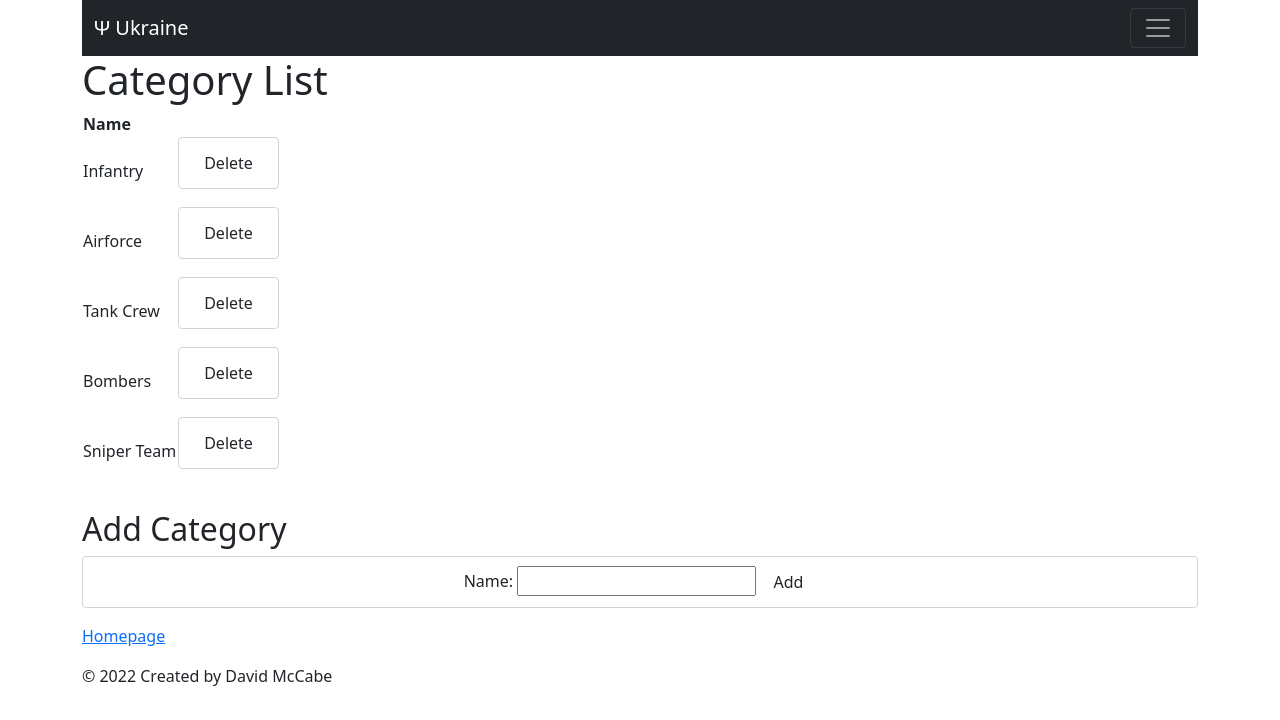
Repository: davidDKIT/ca2-davidmccabe-php
Page: http://localhost/category_list.php
These files come from the project's save history. The page is drawn as it stood at one moment and after the next save; the edit follows.
The browser window is 1280 px wide. The pictures show the whole page.
The page is run by PHP 8.4 with error messages shown; the project is at /var/www/html/. The database holds what the project's SQL file puts in it.

Above is the page before, as saved 2022-03-15 19:07:17.

After the next save:
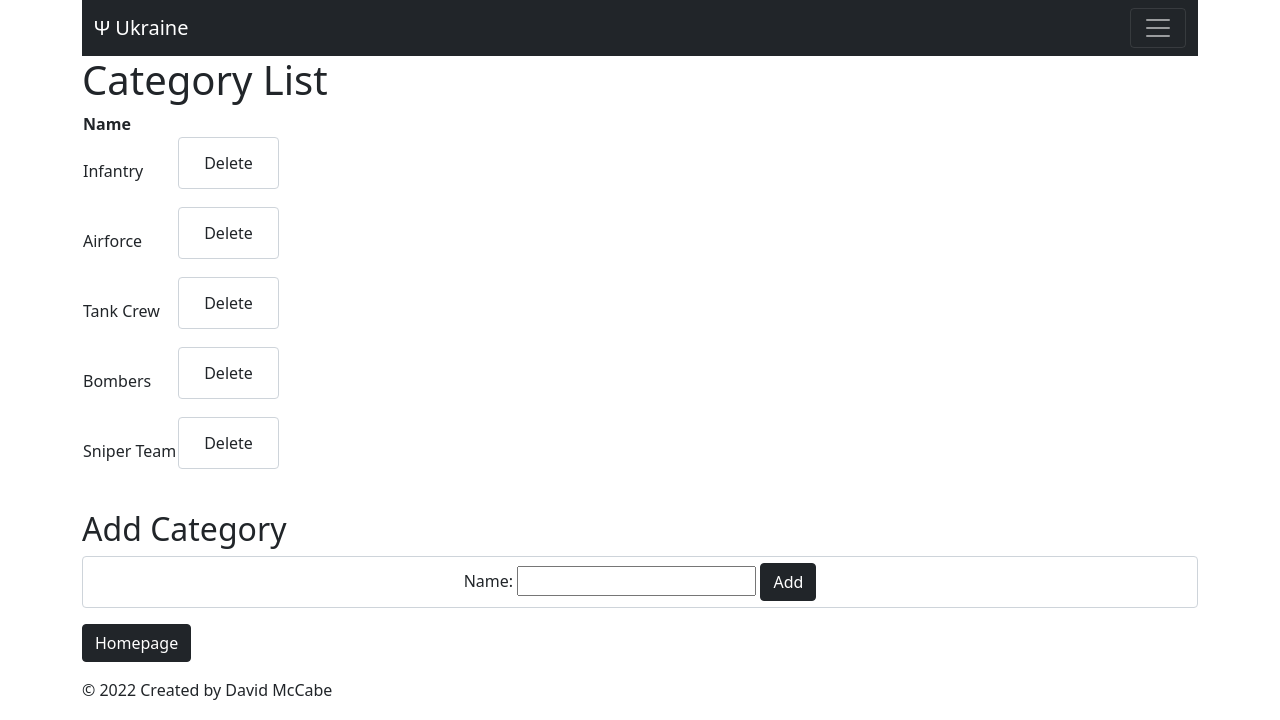
Saved 52 s later.
--- a/category_list.php
+++ b/category_list.php
@@ -42,10 +42,10 @@ include('includes/header.php');
 
         <label>Name:</label>
         <input type="input" name="name">
-        <input class= "btn" id="add_category_button" type="submit" value="Add">
+        <input class="btn btn-dark" id="add_category_button" type="submit" value="Add">
     </form>
     <br>
-    <p><a style = "text-align: center; display: inline-block"  href="index.php">Homepage</a></p>
+    <p><a class="btn btn-dark" style = "text-align: center; display: inline-block"  href="index.php">Homepage</a></p>
 
     <?php
 include('includes/footer.php');
